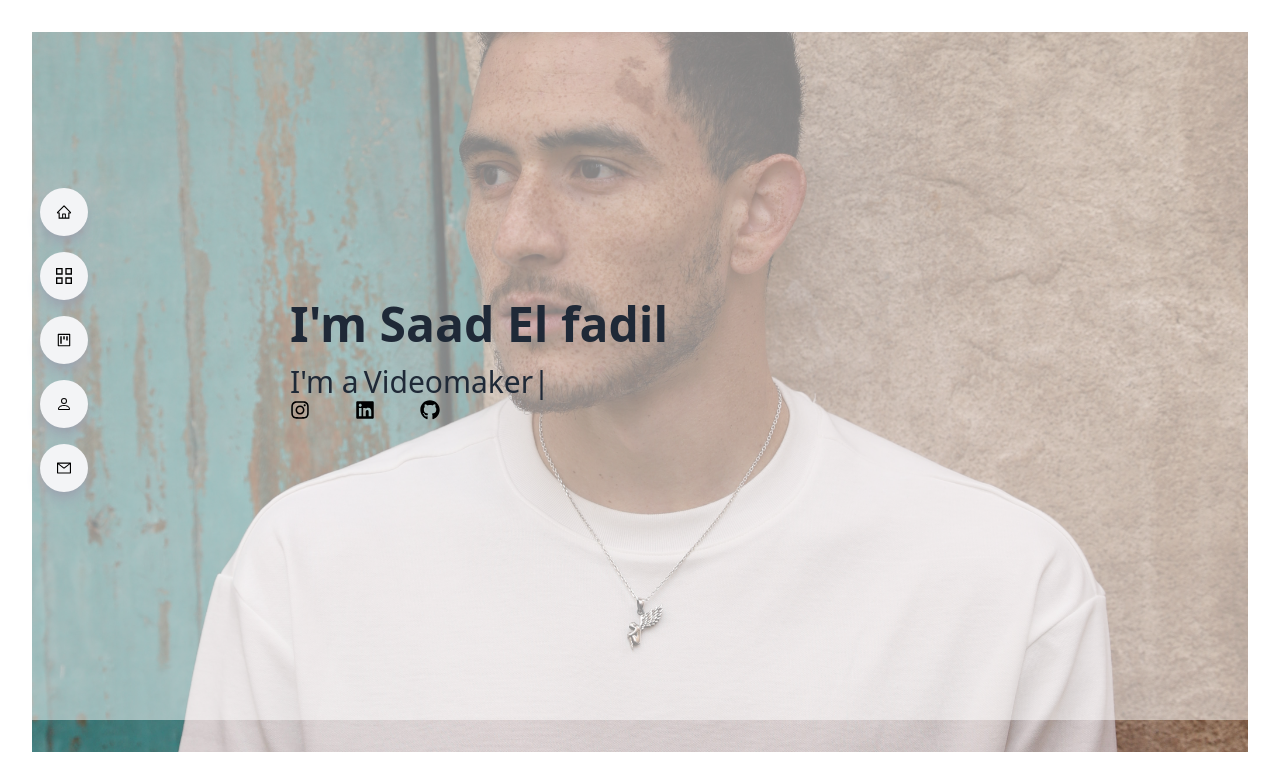
Repository: Saadelfadil/saadelfadil.github.io
Page: /
These files come from the project's save history. The page is drawn as it stood at one moment and after the next save; the edit follows.
The browser window is 1280 px wide. The pictures show the whole page.
The project was rebuilt for these pictures with package versions that can differ from the ones it lists, and the page was loaded fresh each time. Also part of the build but not shown: vite.config.js.

Above is the page before, as saved 2023-02-26 17:07:47.

After the next save:
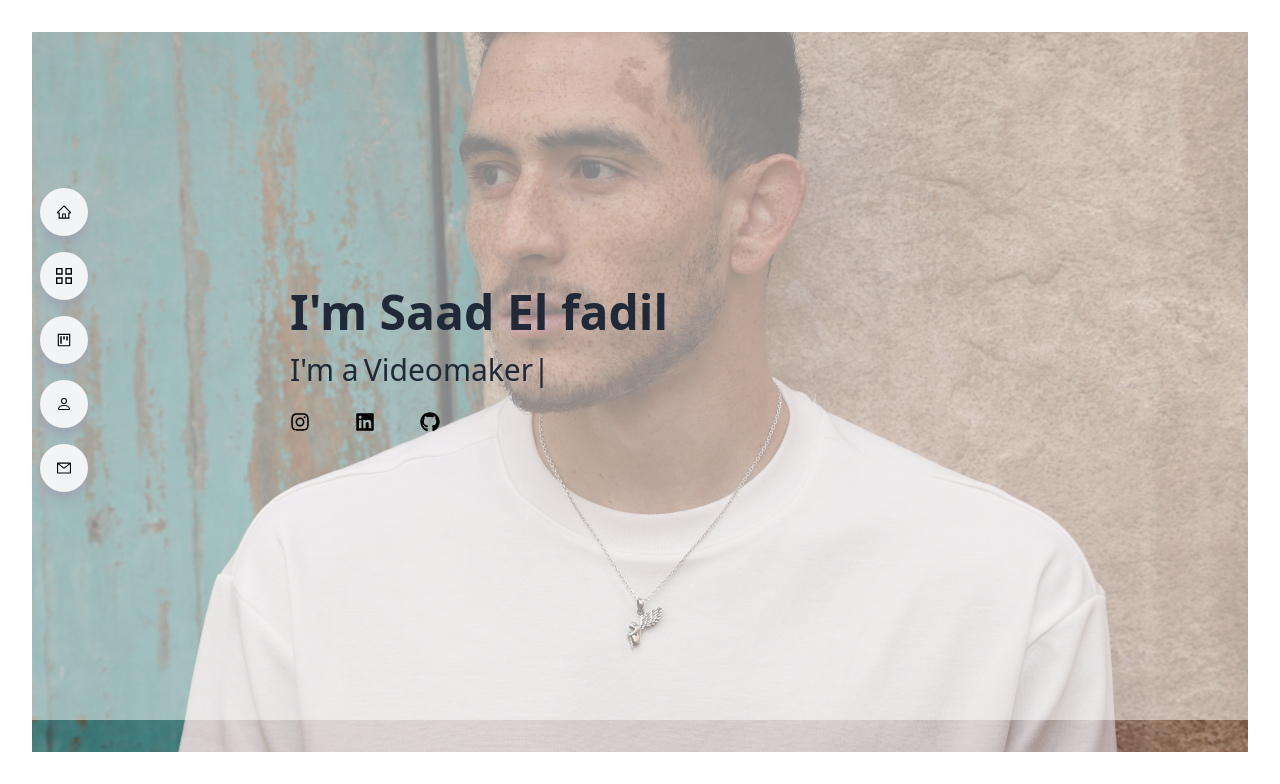
Saved 9 min 30 s later.
--- a/src/components/Main.jsx
+++ b/src/components/Main.jsx
@@ -23,7 +23,7 @@ const Main = () => {
                         style={{ fontSize: '1em', paddingLeft: "5px" }}
                     />
                 </h2>
-                <div className="flex justify-between max-w-[150px] w-full">
+                <div className="flex justify-between pt-6 max-w-[150px] w-full">
                         <FaInstagram size={20} className="cursor-pointer"/>
                         <FaLinkedin size={20} className="cursor-pointer"/>
                         <FaGithub size={20} className="cursor-pointer"/>
